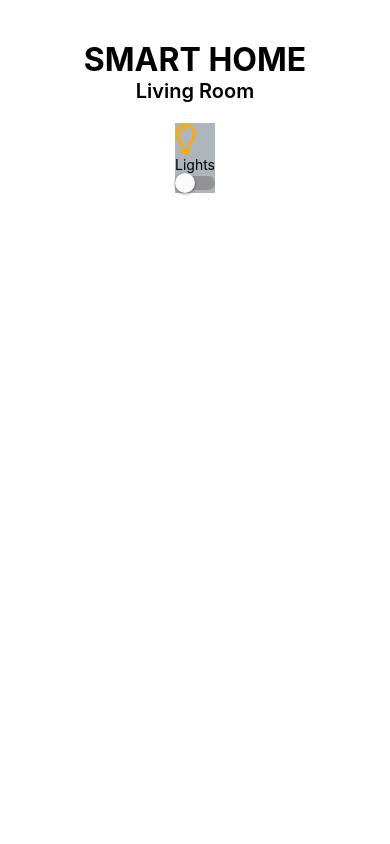
Repository: NQD2308/CNTT3
Screen: / (app in Week 5/home work/ListThietBi/)
An editor plug-in stored every save of this project. The screen is shown before and after a run of saves, followed by the edit.
The app was drawn by React Native's web renderer in a window 390 px wide. The project was rebuilt for these pictures with package versions that can differ from the ones it lists, and the page was loaded fresh each time.

Above is the screen before, as saved 2024-04-11 22:35:57.

### Week 5/home work/ListThietBi/App.js
import { StatusBar } from 'expo-status-bar';
import { StyleSheet, Text, View, Switch } from 'react-native';
import F5Icon from 'react-native-vector-icons/FontAwesome5';

export default function App() {
  return (
    <View style={styles.container}>
      <StatusBar style="auto" backgroundColor="gray"/>
      <Text style={styles.headerText}>SMART HOME</Text>
      <Text style={styles.headerLittleText}>Living Room</Text>
      <View style={styles.option}>
        <View style={styles.leftSide}>
        <F5Icon name="lightbulb" size={30} color={'#ffaa00'} />
        <Text>Lights</Text>
        </View>
        <Switch/>
      </View>
    </View>
  );
}

const styles = StyleSheet.create({
  container: {
    flex: 1,
    backgroundColor: '#fff',
    alignItems: 'center',
    marginTop: 40
  },
  headerText: {
    fontSize: 32,
    fontWeight: 'bold'
  },
  headerLittleText: {
    fontSize: 20,
    fontWeight: '600',
    marginBottom: 20
  },
  option: {
    backgroundColor: '#adb5bd'
  },
});

After the next 7 saves:
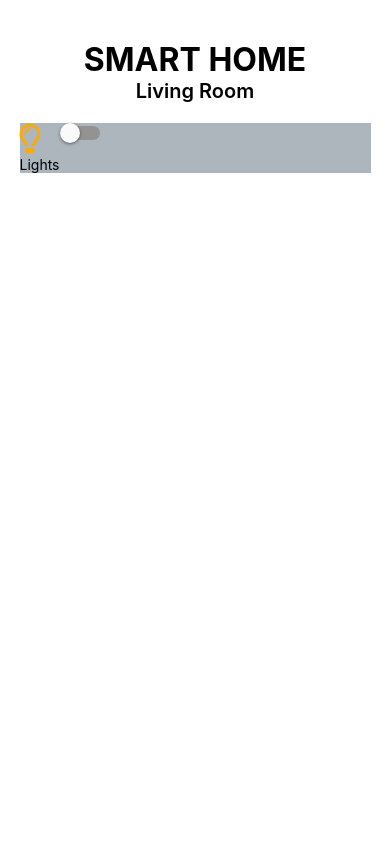
The 7 saves are shown as one change because 2 did not build or start and some came seconds apart.
The last was saved 24 s later.
--- a/Week 5/home work/ListThietBi/App.js
+++ b/Week 5/home work/ListThietBi/App.js
@@ -36,6 +36,9 @@ const styles = StyleSheet.create({
     marginBottom: 20
   },
   option: {
-    backgroundColor: '#adb5bd'
+    width: '90%',
+    backgroundColor: '#adb5bd',
+    flexDirection: 'row'
+
   },
 });
